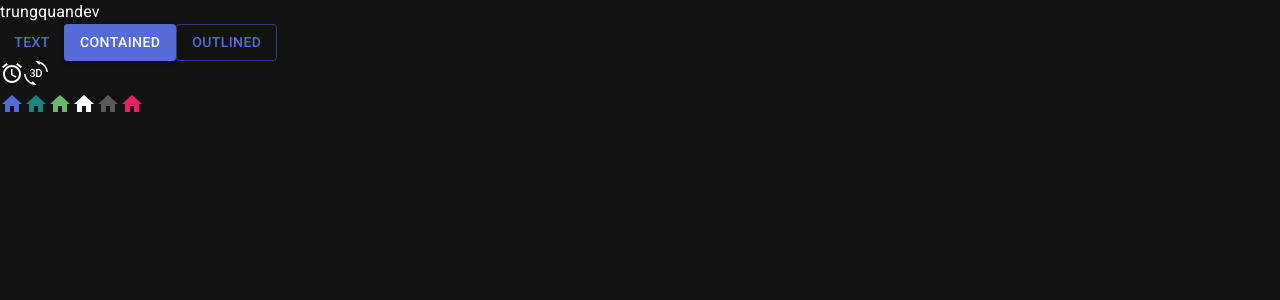
Repository: VoPhamKhanhTruong/trello-web
Page: /
The author's editor kept a copy of each file at every save. The page is drawn from the files as they stood at one save, then again after the next save.
The browser window is 1280 px wide. The pictures show the whole page.
The project was rebuilt for these pictures with package versions that can differ from the ones it lists, and the page was loaded fresh each time. Also part of the build but not shown: vite.config.js.

Above is the page before, as saved 2024-08-07 10:55:04.

After the next save:
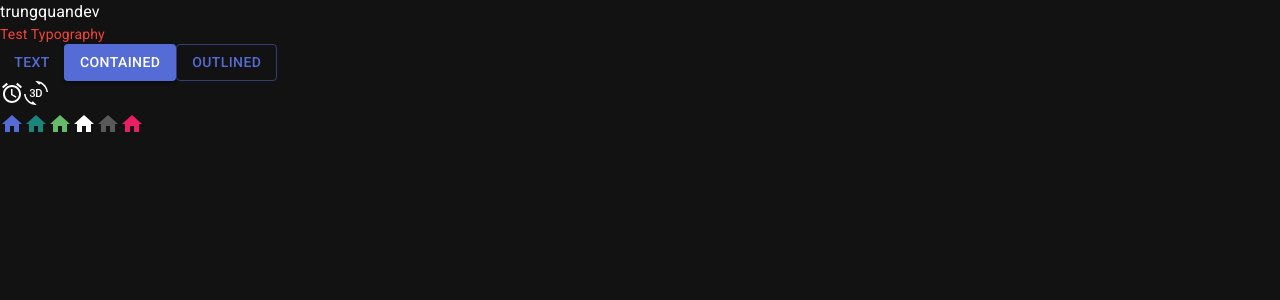
Saved 89 s later.
--- a/src/App.jsx
+++ b/src/App.jsx
@@ -3,13 +3,13 @@ import AccessAlarmIcon from '@mui/icons-material/AccessAlarm'
 import ThreeDRotation from '@mui/icons-material/ThreeDRotation'
 import HomeIcon from '@mui/icons-material/Home'
 import { pink } from '@mui/material/colors'
-// import { Typography } from '@mui/material/Typography'
+import  Typography from '@mui/material/Typography'
 function App() {
   return (
     <>
       <div>trungquandev</div>
 
-      {/* <Typography variant="body2" color="text.secondary">Test Typography</Typography> */}
+      <Typography variant="body2" color="text.secondary">Test Typography</Typography>
 
       <Button variant="text">Text</Button>
       <Button variant="contained">Contained</Button>
